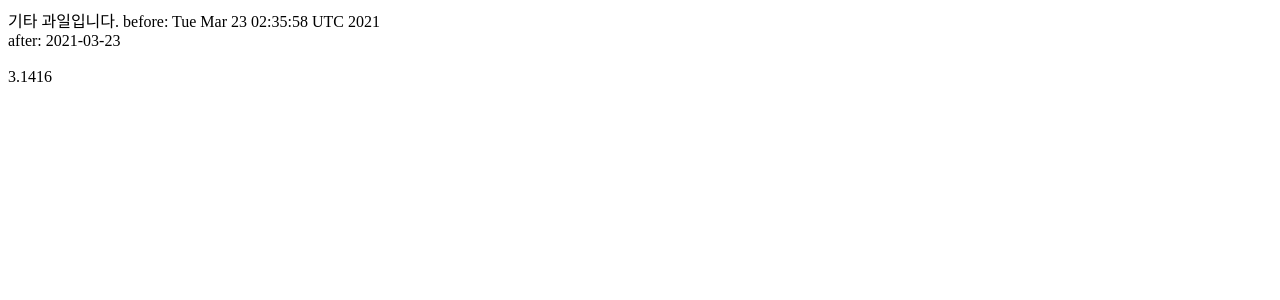
Repository: RyuJelly/211
Page: http://localhost/JSP/el/jstl_exam2.jsp
An editor plug-in stored every save of this project. The page is shown before and after the next save, followed by the edit.
The browser window is 1280 px wide. The pictures show the whole page.
The page is served by Tomcat 9.

Above is the page before, as saved 2021-03-29 07:29:07.

After the next save:
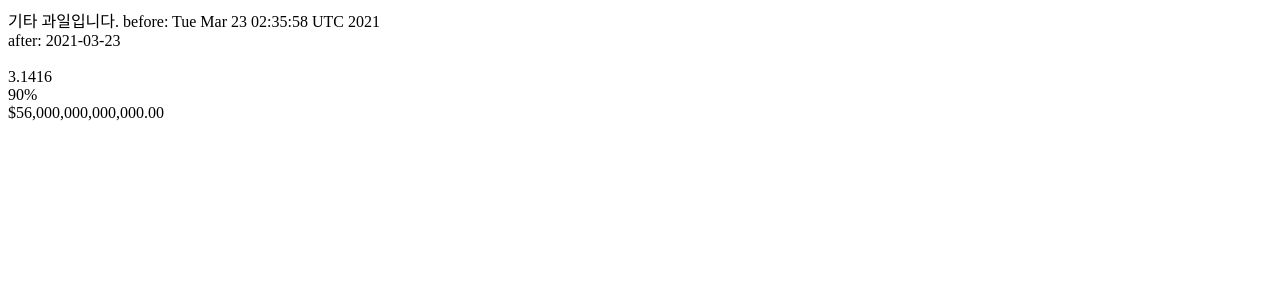
Saved 92 s later.
--- a/jsp_work/JSP/WebContent/el/jstl_exam2.jsp
+++ b/jsp_work/JSP/WebContent/el/jstl_exam2.jsp
@@ -34,5 +34,8 @@
 	after: <fmt:formatDate value="${now }" pattern="yyyy-MM-dd"/><br><br>
 
 	<fmt:formatNumber value="3.141592156" pattern="#.0000"/><br>
+	<fmt:formatNumber value="0.9" type="percent"/><br>
+	<fmt:formatNumber value="56000000000000" type="currency" currencySymbol="$"/>
+
 </body>
 </html>
